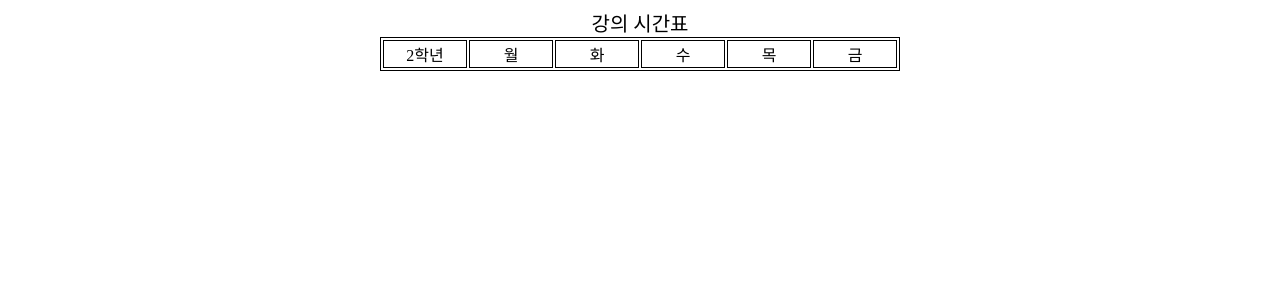
Repository: gyungmean/2020_2_webProgramming
Page: week1/week1/WebContent/Practice01/Practice01.html
These files come from the project's save history. The page is drawn as it stood at one moment and after the next save; the edit follows.
The browser window is 1280 px wide. The pictures show the whole page.

Above is the page before, as saved 2020-09-05 15:29:51.

### week1/week1/WebContent/Practice01/Practice01.html
<!-- 크롬 -->
<!DOCTYPE hTml>
<html>
<head>
	<title>컴퓨터학과 2학년 시간표</title>
	<style>
	caption {
		font-size: 20px;
	}
	table, tr, td{
		border: 1px solid black;
	}
	td{
		width: 80px;
		higth: 80px;
		text-align: center;
	}

	</style>
</head>
<body>
	<div align="center">
		<table>
			<caption>강의 시간표</caption>
			<tr>
				<td>2학년</td>
				<td>월</td>
				<td>화</td>
				<td>수</td>
				<td>목</td>
				<td>금</td>
			</tr>
		</table>
	</div>
</body>
</html>

After the next save:
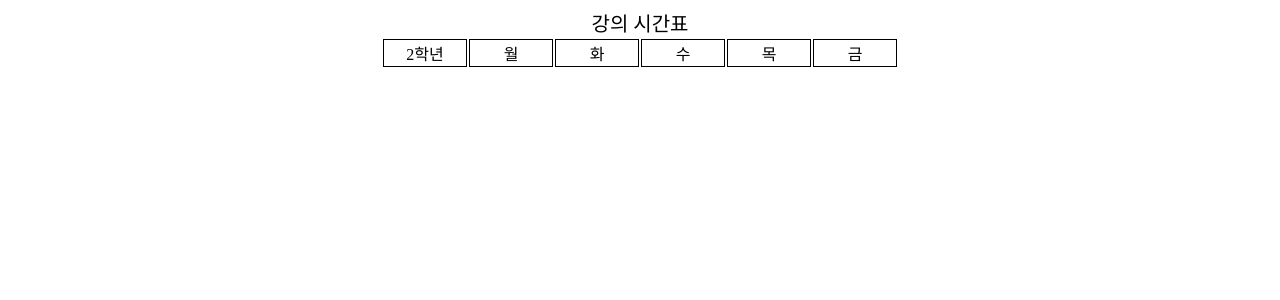
Saved 9 s later.
--- a/week1/week1/WebContent/Practice01/Practice01.html
+++ b/week1/week1/WebContent/Practice01/Practice01.html
@@ -7,7 +7,7 @@
 	caption {
 		font-size: 20px;
 	}
-	table, tr, td{
+	tr, td{
 		border: 1px solid black;
 	}
 	td{
